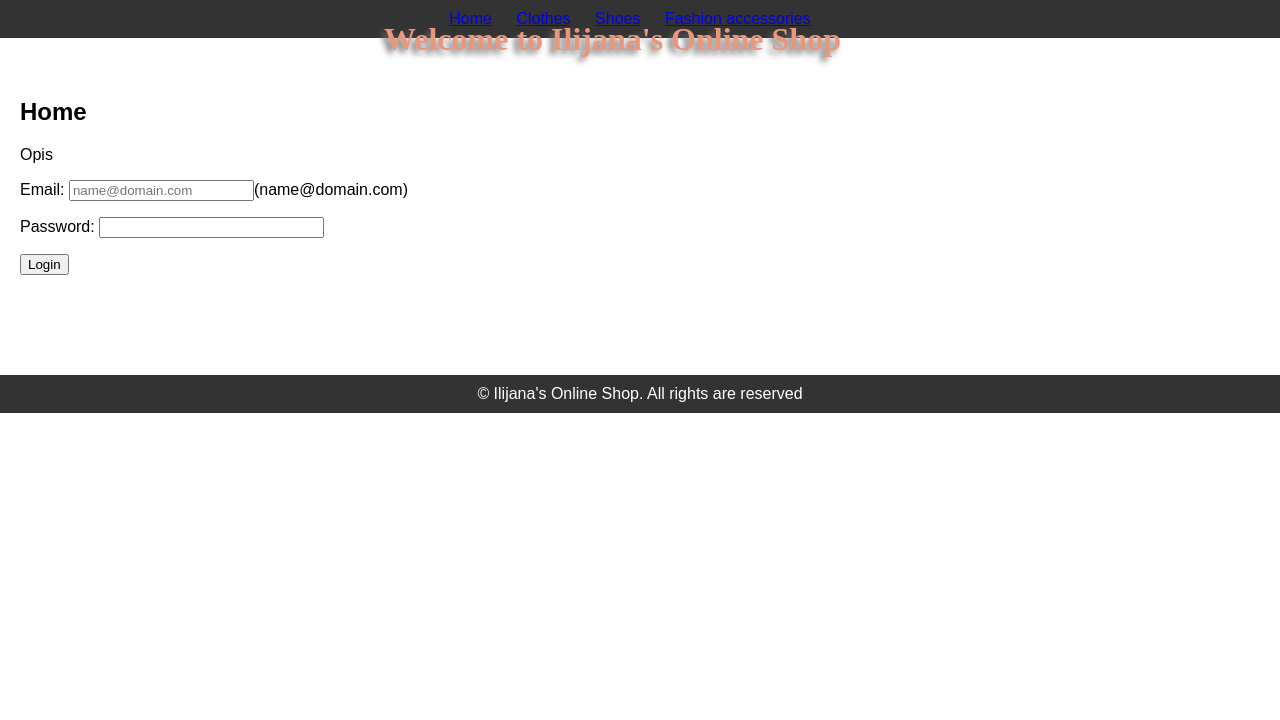
Repository: ilijana123/Proekt1
Page: html.html
The author's editor kept a copy of each file at every save. The page is drawn from the files as they stood at one save, then again after the next save.
The browser window is 1280 px wide. The pictures show the whole page.

Above is the page before, as saved 2023-11-12 23:03:32.

After the next save:
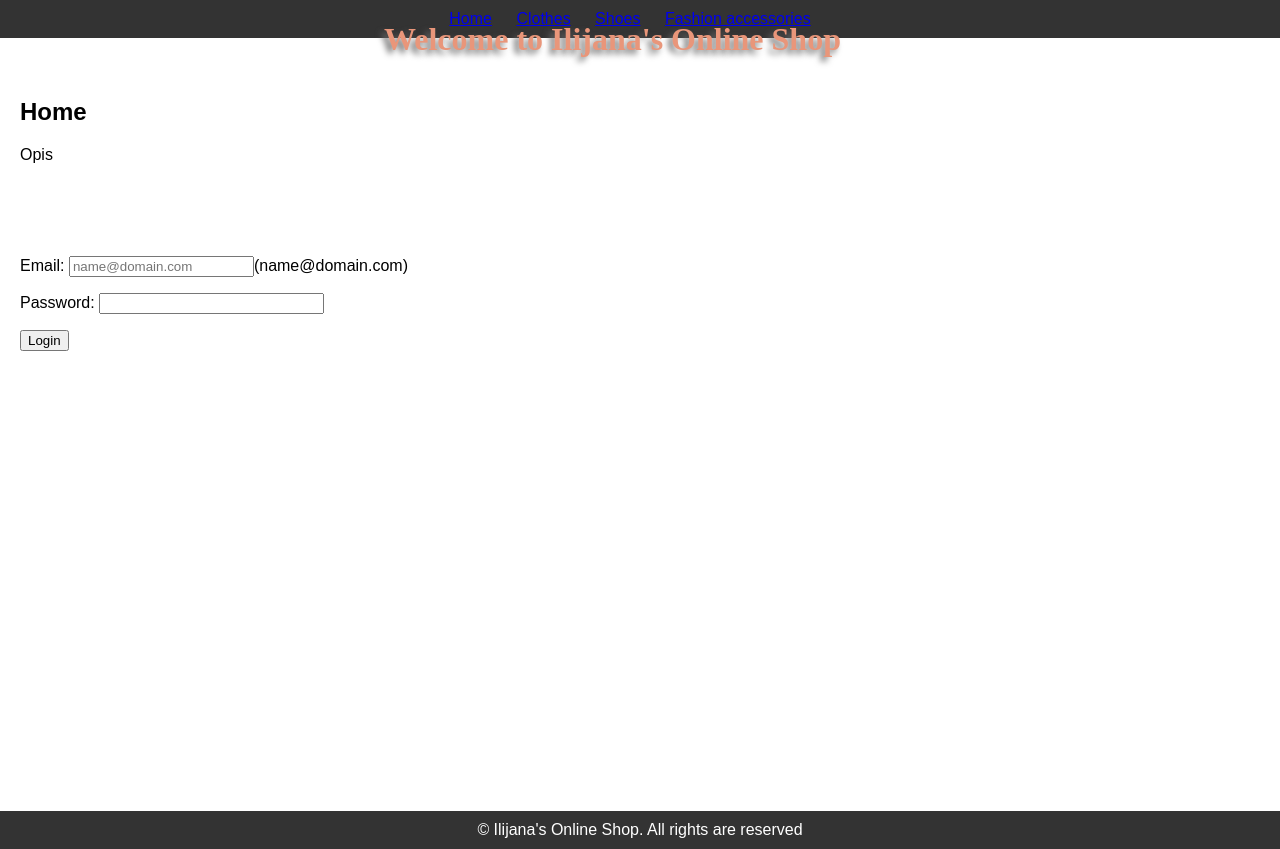
Saved 14 min 18 s later.
--- a/html.html
+++ b/html.html
@@ -21,7 +21,8 @@
        <section id="home">
             <h2>Home</h2>
             <p>Opis</p>
-
+        </section>
+        <section id="contact">
             <form method="post" autocomplete="on">
                 <p><label>Email:
                     <input type="email" id="email"
@@ -35,6 +36,16 @@
             </form>
        </section>
        <section id="category1"></section>
+       <section id="category2"></section>
+       <section id="category3"></section>
+       <section id="instagram">
+      </section>
+      <section id="survey">
+      </section>
+      <section id="questionnaire">
+      </section>
+      <section id="contact">
+      </section>
        <footer> &copy; Ilijana's Online Shop. All rights are reserved</footer>
     </body>
 </html>
